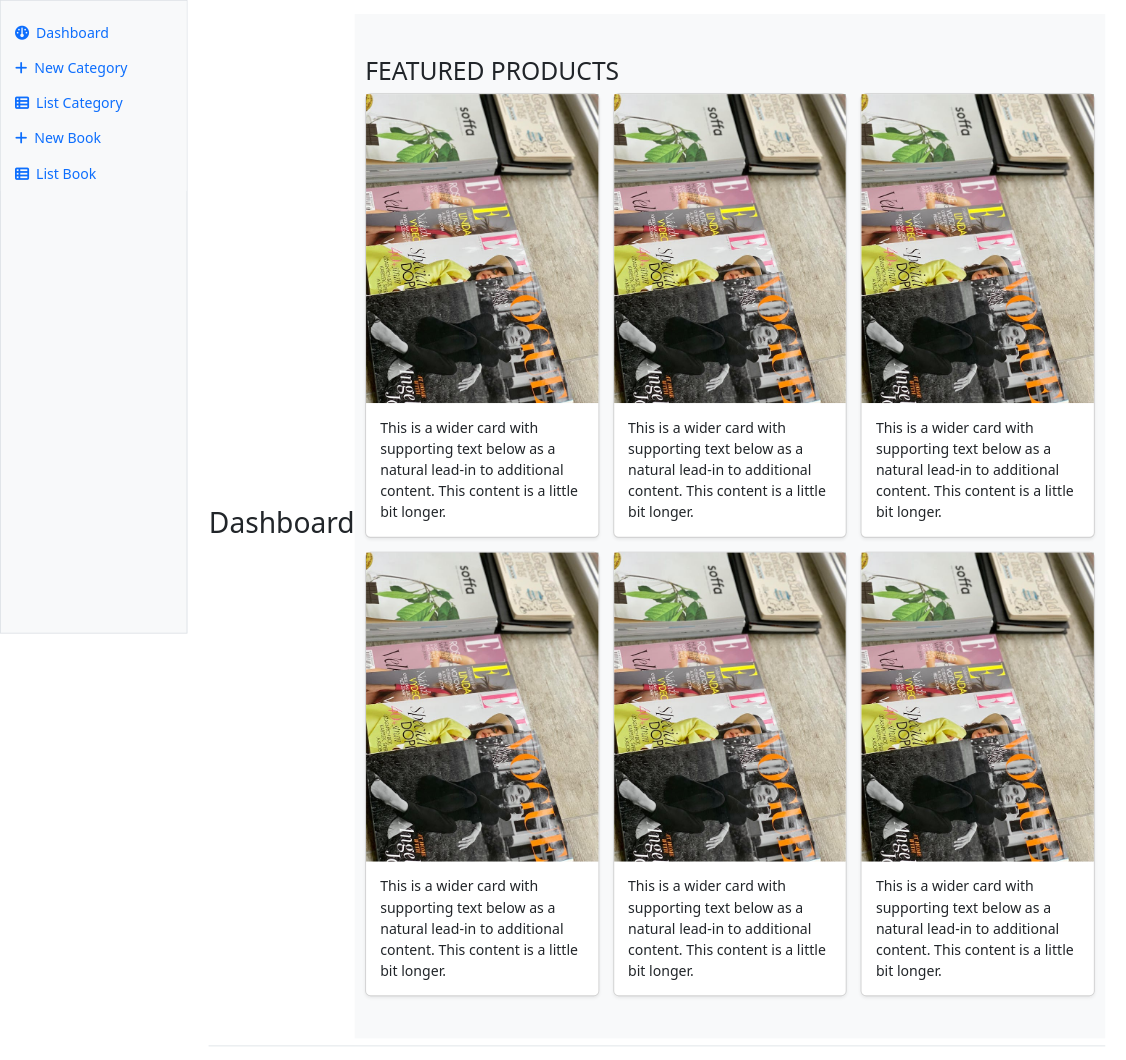
Repository: nyeinsu4520/coursera-test
Page: http://localhost/viewDashboard
These files come from the project's save history. The page is drawn as it stood at one moment and after the next save; the edit follows.
The browser window is 1280 px wide. The pictures show the whole page, at 88% of full size.
The page is this project's Thymeleaf template; nobody is signed in. The template is opened directly, without the code that normally fills it, so the values that code supplies are empty.

Above is the page before, as saved 2024-05-30 16:34:30.

### KetabHome/src/main/resources/templates/viewDashboard.html
<!DOCTYPE html>
<html xmlns:th="http://www.thymeleaf.org">
<head>
<meta charset="UTF-8">
<title>View Members</title>
<link rel="stylesheet" href="https://cdn.jsdelivr.net/npm/bootstrap@5.3.3/dist/css/bootstrap.min.css">
<link href="https://cdn.jsdelivr.net/npm/bootstrap-icons@1.10.5/font/bootstrap-icons.min.css" rel="stylesheet">
<link href="https://cdnjs.cloudflare.com/ajax/libs/font-awesome/6.5.2/css/all.min.css" rel="stylesheet">

<style>
    .sidebar {
        height: 100vh; /* Make the sidebar full height */
        position: fixed; /* Fix the sidebar to the left side */
        top: 0;
        left: 0;
    }
    .main-content {
        margin-left: 250px; /* Adjust this value based on the width of your sidebar */
    }
</style>


</head>
<body>

<div class="container-fluid">
    <div class="row">
        <div class="sidebar border border-right col-md-3 col-lg-2 p-0 bg-body-tertiary">
            <div class="offcanvas-md offcanvas-end bg-body-tertiary" tabindex="-1" id="sidebarMenu" aria-labelledby="sidebarMenuLabel">
                <div class="offcanvas-header">
                    <h5 class="offcanvas-title" id="sidebarMenuLabel">KetabHome Admin</h5>
                    <button type="button" class="btn-close" data-bs-dismiss="offcanvas" aria-label="Close"></button>
                </div>
                <div class="offcanvas-body d-md-flex flex-column p-0 pt-lg-3 overflow-y-auto">
                    <ul class="nav flex-column">
                        <li class="nav-item">
                            <a class="nav-link d-flex align-items-center gap-2 active" aria-current="page" href="#">
                            <i class="fa-solid fa-gauge"></i>
                                Dashboard
                            </a>
                        </li>
                        <li class="nav-item">
                            <a class="nav-link d-flex align-items-center gap-2" href="#">
                            <i class="fa-solid fa-plus"></i>
                                New Category
                            </a>
                        </li>
                        <li class="nav-item">
                            <a class="nav-link d-flex align-items-center gap-2" href="#">
                            <i class="fa-solid fa-table-list"></i>
                                List Category
                            </a>
                        </li>
                        <li class="nav-item">
                            <a class="nav-link d-flex align-items-center gap-2" href="#">
                            <i class="fa-solid fa-plus"></i>
                                New Book
                            </a>
                        </li>
                        <li class="nav-item">
                            <a class="nav-link d-flex align-items-center gap-2" href="#">
                            <i class="fa-solid fa-table-list"></i>
                                List Book
                            </a>
                        </li>
                    </ul>
                </div>
            </div>
        </div>


        <main class="col-md-9 ms-sm-auto col-lg-10 px-md-4">
      <div class="d-flex justify-content-between flex-wrap flex-md-nowrap align-items-center pt-3 pb-2 mb-3 border-bottom">
        <h1 class="h2">Dashboard</h1>
        <div class="btn-toolbar mb-2 mb-md-0">
          <div class="album py-5 bg-body-tertiary">
    <div class="container">
	<h3>FEATURED PRODUCTS</h3>
      <div class="row row-cols-1 row-cols-sm-2 row-cols-md-3 g-3">
        <div class="col">
          <div class="card shadow-sm">
            <img alt="" src="/image/book.jpg">
            <div class="card-body">
              <p class="card-text">This is a wider card with supporting text below as a natural lead-in to additional content. This content is a little bit longer.</p>

            </div>
          </div>
        </div>
         <div class="col">
          <div class="card shadow-sm">
            <img alt="" src="/image/book.jpg">
            <div class="card-body">
              <p class="card-text">This is a wider card with supporting text below as a natural lead-in to additional content. This content is a little bit longer.</p>

            </div>
          </div>
        </div>
         <div class="col">
          <div class="card shadow-sm">
            <img alt="" src="/image/book.jpg">
            <div class="card-body">
              <p class="card-text">This is a wider card with supporting text below as a natural lead-in to additional content. This content is a little bit longer.</p>

            </div>
          </div>
        </div>



         <div class="col">
          <div class="card shadow-sm">
            <img alt="" src="/image/book.jpg">
            <div class="card-body">
              <p class="card-text">This is a wider card with supporting text below as a natural lead-in to additional content. This content is a little bit longer.</p>

            </div>
          </div>
        </div>
        <div class="col">
          <div class="card shadow-sm">
            <img alt="" src="/image/book.jpg">
            <div class="card-body">
              <p class="card-text">This is a wider card with supporting text below as a natural lead-in to additional content. This content is a little bit longer.</p>

            </div>
          </div>
        </div>
         <div class="col">
          <div class="card shadow-sm">
            <img alt="" src="/image/book.jpg">
            <div class="card-body">
              <p class="card-text">This is a wider card with supporting text below as a natural lead-in to additional content. This content is a little bit longer.</p>

            </div>
          </div>
        </div>
      </div>
    </div>
  </div>
        </div>
      </div>
      </main>


    </div>
</div>



<script src="https://cdn.jsdelivr.net/npm/bootstrap@5.3.3/dist/js/bootstrap.bundle.min.js"></script>
</body>
</html>

After the next save:
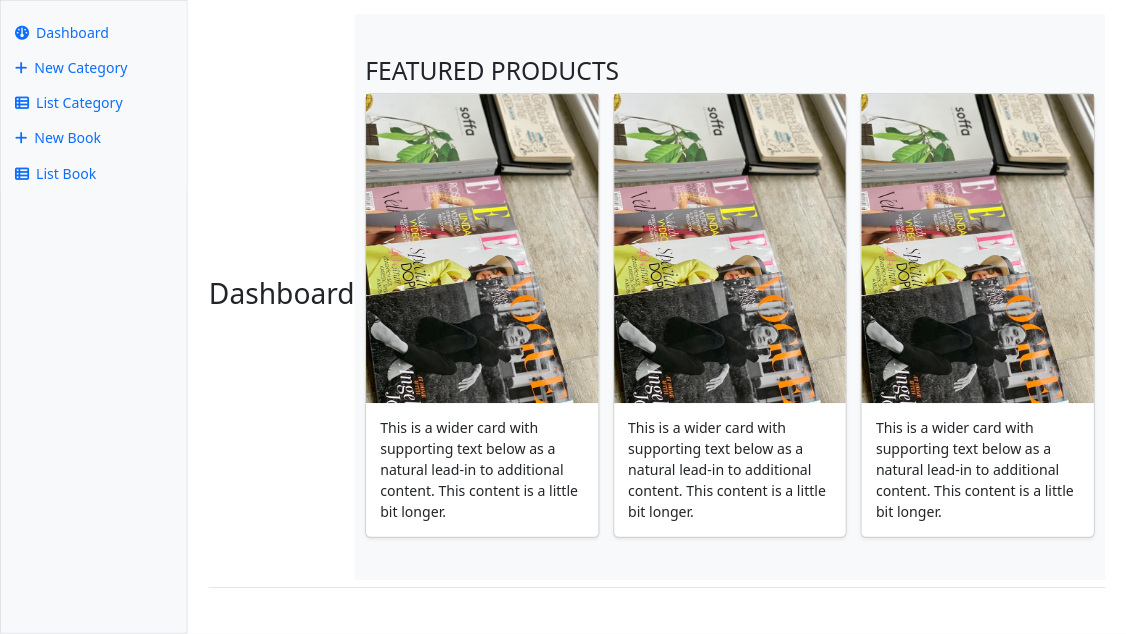
Saved 30 s later.
--- a/KetabHome/src/main/resources/templates/viewDashboard.html
+++ b/KetabHome/src/main/resources/templates/viewDashboard.html
@@ -95,7 +95,8 @@
             </div>
           </div>
         </div>
-         <div class="col">
+
+        <div class="col">
           <div class="card shadow-sm">
             <img alt="" src="/image/book.jpg">
             <div class="card-body">
@@ -105,35 +106,6 @@
           </div>
         </div>
 
-
-
-         <div class="col">
-          <div class="card shadow-sm">
-            <img alt="" src="/image/book.jpg">
-            <div class="card-body">
-              <p class="card-text">This is a wider card with supporting text below as a natural lead-in to additional content. This content is a little bit longer.</p>
-
-            </div>
-          </div>
-        </div>
-        <div class="col">
-          <div class="card shadow-sm">
-            <img alt="" src="/image/book.jpg">
-            <div class="card-body">
-              <p class="card-text">This is a wider card with supporting text below as a natural lead-in to additional content. This content is a little bit longer.</p>
-
-            </div>
-          </div>
-        </div>
-         <div class="col">
-          <div class="card shadow-sm">
-            <img alt="" src="/image/book.jpg">
-            <div class="card-body">
-              <p class="card-text">This is a wider card with supporting text below as a natural lead-in to additional content. This content is a little bit longer.</p>
-
-            </div>
-          </div>
-        </div>
       </div>
     </div>
   </div>
